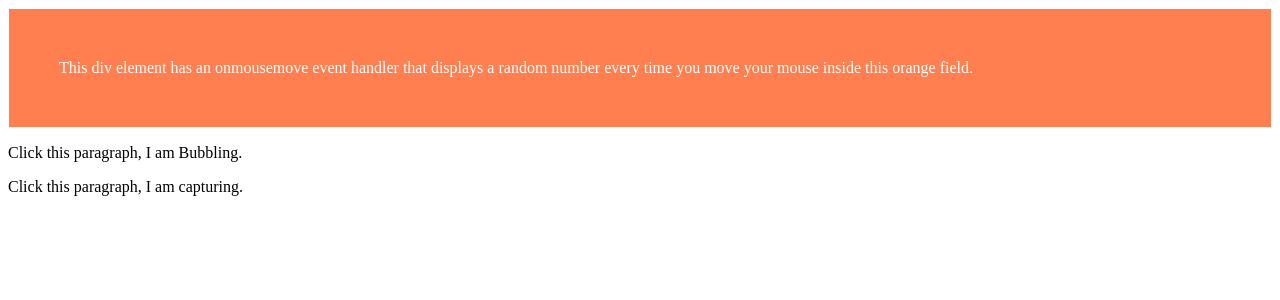
Repository: neem693/workspace
Page: studyhtml5/WebContent/ch05/practice_dom/practice_49.html
An editor plug-in stored every save of this project. The page is shown before and after the next save, followed by the edit.
The browser window is 1280 px wide. The pictures show the whole page.

Above is the page before, as saved 2018-03-19 08:51:40.

After the next save:
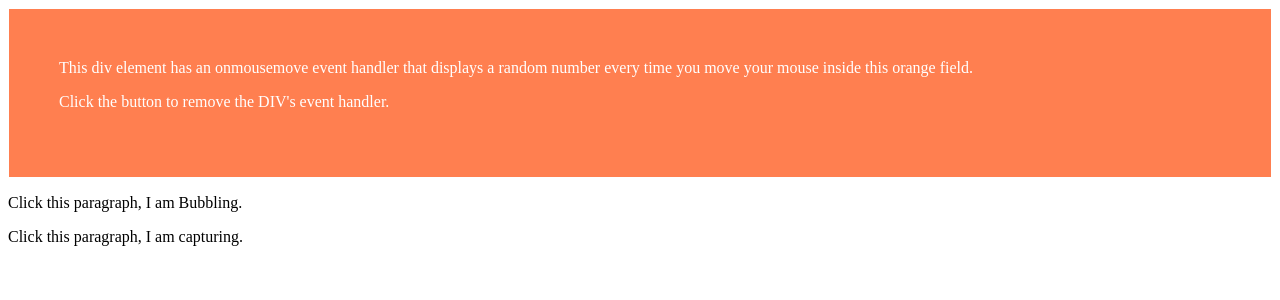
Saved 20 s later.
--- a/studyhtml5/WebContent/ch05/practice_dom/practice_49.html
+++ b/studyhtml5/WebContent/ch05/practice_dom/practice_49.html
@@ -18,7 +18,8 @@
 </head>
 <body>
 
-	<div id = "myDIV">This div element has an onmousemove event handler that displays a random number every time you move your mouse inside this orange field.</div>
+	<div id = "myDIV">This div element has an onmousemove event handler that displays a random number every time you move your mouse inside this orange field.
+	<p>Click the button to remove the DIV's event handler.</p></div>
 
 	<div id="myDiv">
 		<p id="myP">Click this paragraph, I am Bubbling.</p>
